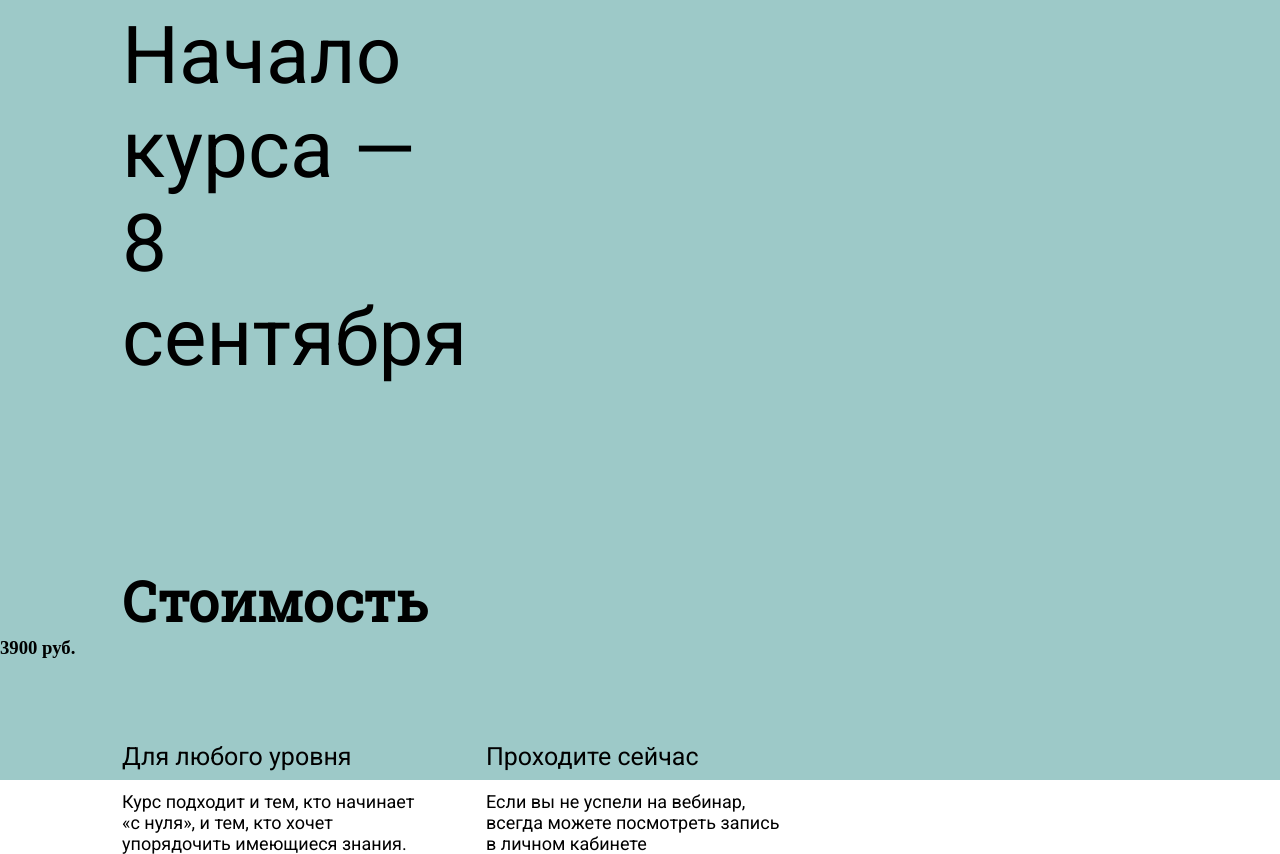
Repository: NatiqSamiyev/fiqma-task3
Page: index.html
An editor plug-in stored every save of this project. The page is shown before and after the next save, followed by the edit.
The browser window is 1280 px wide. The pictures show the whole page.

Above is the page before, as saved 2023-08-09 13:12:37.

After the next save:
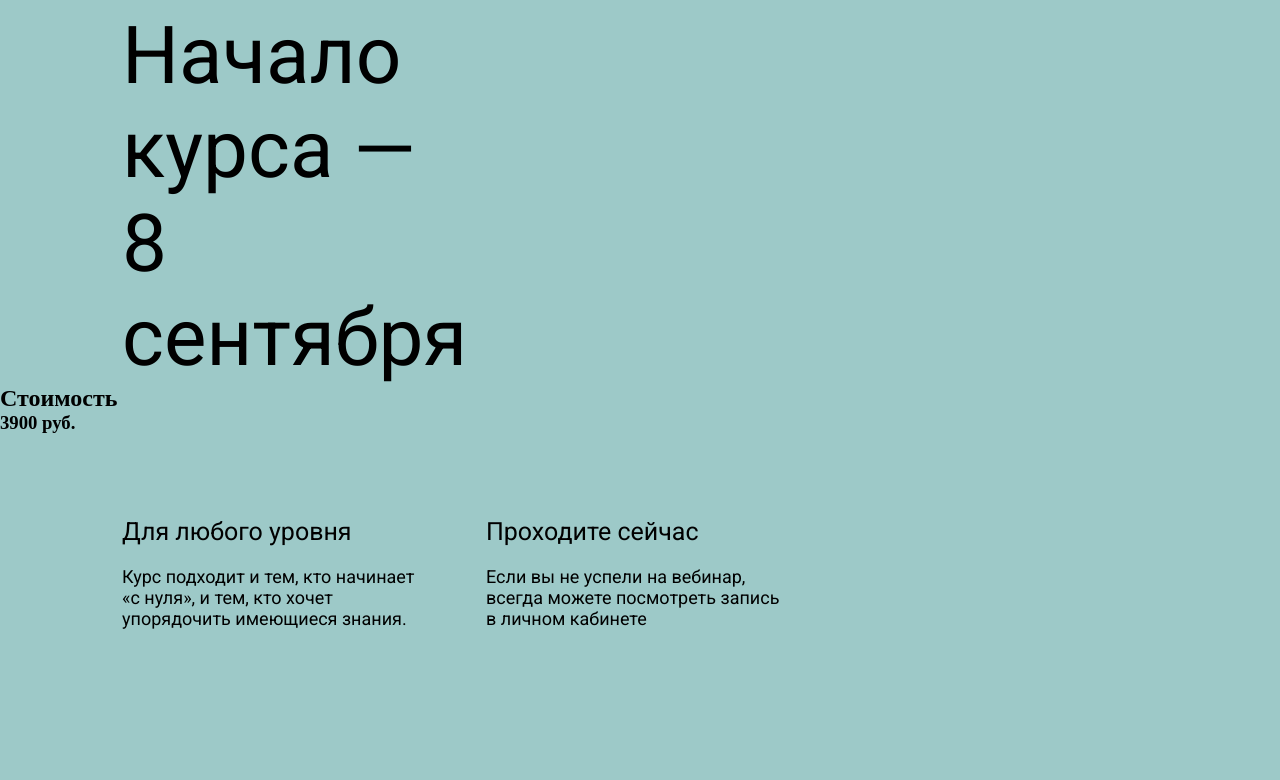
Saved 12 s later.
--- a/index.css
+++ b/index.css
@@ -11,7 +11,7 @@
   background: #9dc9c8;
 }
 
-.container h2 {
+.container h1 {
   padding: 179px 410px 0 122px;
   font-family: Roboto Slab;
   font-size: 55px;
